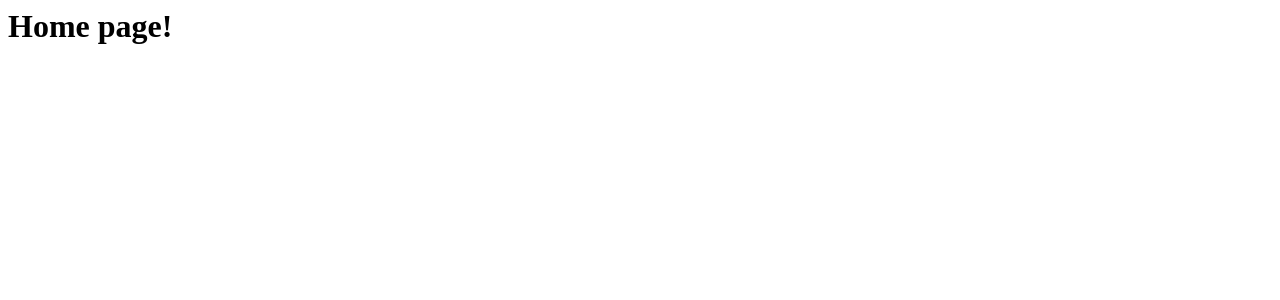
Repository: Conjet/PHPiggy
Page: http://localhost/
An editor plug-in stored every save of this project. The page is shown before and after the next save, followed by the edit.
The browser window is 1280 px wide. The pictures show the whole page.
The page is run by PHP 8.4 with error messages shown; the project is at /var/www/html/.

Above is the page before, as saved 2023-08-30 01:29:36.

After the next save:
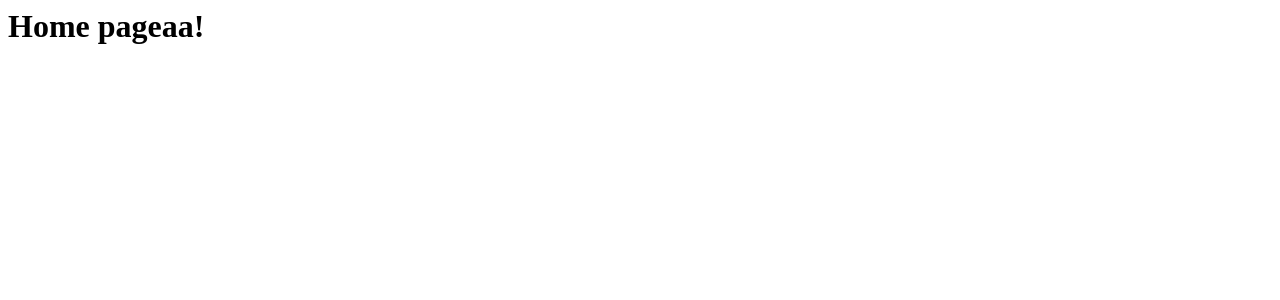
Saved 2 min 0 s later.
--- a/src/App/Controllers/HomeController.php
+++ b/src/App/Controllers/HomeController.php
@@ -18,8 +18,8 @@ class HomeController
 
     public function home()
     {
-        $this->view->render('/index.php', [
-            'title' => 'Home page!'
+        echo $this->view->render('/index.php', [
+            'title' => 'Home pageaa!'
         ]);
     }
 }
